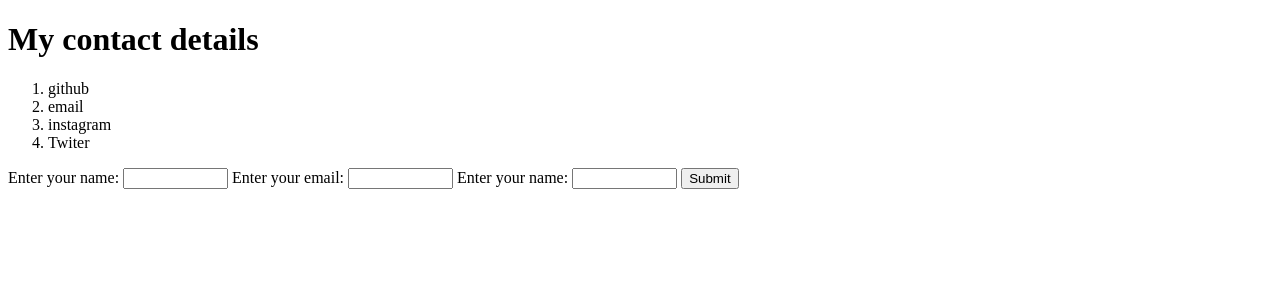
Repository: ew-code/Web-Development
Page: HTML - Personal Site/contact.html
An editor plug-in stored every save of this project. The page is shown before and after the next save, followed by the edit.
The browser window is 1280 px wide. The pictures show the whole page.

Above is the page before, as saved 2021-01-04 22:56:07.

After the next save:
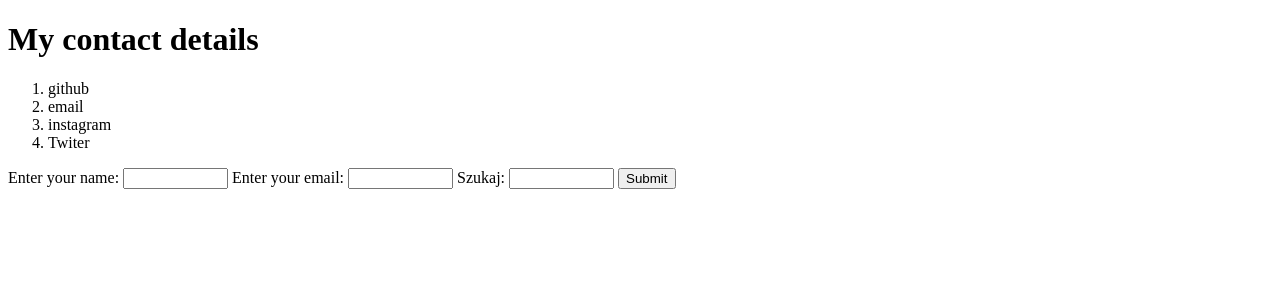
Saved 17 s later.
--- a/HTML - Personal Site/contact.html
+++ b/HTML - Personal Site/contact.html
@@ -22,7 +22,7 @@
     <input type="text" name="name" id="name" required minlength="4" maxlength="50" size="10">
     <label for="email">Enter your email:</label>
     <input type="email" name="email" id="email" required minlength="4" maxlength="50" size="10">
-     <label for="Search">Enter your name:</label>
+     <label for="Search">Szukaj:</label>
     <input type="text" name="search" id="search" required minlength="4" maxlength="50" size="10">
     <input type="submit">
   </form>
